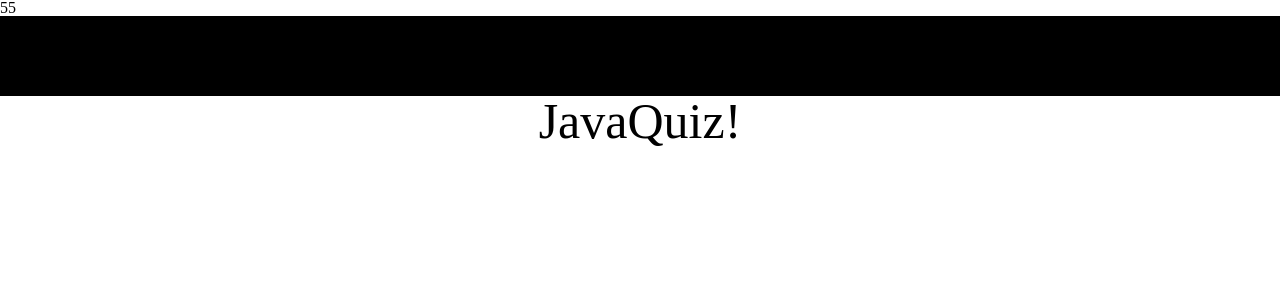
Repository: Pauldan1988/timed-quiz
Page: index.html
The author's editor kept a copy of each file at every save. The page is drawn from the files as they stood at one save, then again after the next save.
The browser window is 1280 px wide. The pictures show the whole page.

Above is the page before, as saved 2023-01-15 12:23:08.

### index.html
<!DOCTYPE html>
<html lang="en">
  <head>
    <meta charset="UTF-8" />
    <meta http-equiv="X-UA-Compatible" content="IE=edge" />
    <meta name="viewport" content="width=device-width, height=device-height, initial-scale=1.0, user-scalable=yes">
    <title>Document</title>
    <link rel="stylesheet" href="./assets/reset.css" />
    <link rel="stylesheet" href="./assets/style.css" />
  </head>
  <body>
    <div id="quizlet"></div>
    <div id="quiz area"><p id="timer"></p> </div>
    <h2></h2>
    <script src="./assets/script.js"></script>
  </body>
</html>

### assets/script.js
const body = document.body;
const headerEl = document.createElement("header");
const h1El = document.createElement("h1");
const paraEl = document.createElement("p");
const startQuizEl = document.createElement("div");
const scoresEl = document.createElement("div");
let time = 60
let timer




body.appendChild(headerEl)
body.appendChild(h1El)





headerEl.setAttribute("style", "margin:auto; background-color: black; width:auto; height: 5rem; display:flex;")
h1El.setAttribute("style", "margin:auto; display:flex; justify-content:center; font-size:50px")

h1El.textContent = "JavaQuiz!"

function header() {

}



function startTimer() {
    timer = setInterval(function(){
        if(time > 0){
            time -=1
            document.querySelector("#timer").innerText = time
        }
    },1000)
}
startTimer()











































// const containerE1 = document.getElementById("quizlet")

// function dashboard() {
//     const dashContainer = document.createElement("div")

//     const dashHeader = document.createElement("header")
//     dashHeader.textContent = "Quizlet"
//     // dashHeader.classList.add("")
//     const logoh1 = document.createElement("h1")
//     logoh1.textContent = "QZ"
//     // logoh1.classList.add("")
//     const dashButton = document.createElement("button")
//     dashButton.textContent = "Scores"
//     dashButton.addEventListener("click", function () {

//     })
//     dashHeader.appendChild(logoh1)
//     dashHeader.appendChild(dashButton)
//     dashContainer.appendChild(dashHeader)
//     return dashContainer
// }

// dashboard()

// function scoreSheet() {
//     const scoreDiv = document.createElement = createElement("div")

//     const scoreHeader = document.createElement = createElement("header")
//     scoreHeader.textContent = "Congratulations! Your score is"
//     // scoreHeader.classList.add("")
//     // const scoreHeader


// }8q

Loaded but not shown: assets/CSS/reset.css (common file); assets/CSS/style.css (no copy from this time; the picture is the same without it)

After the next save:
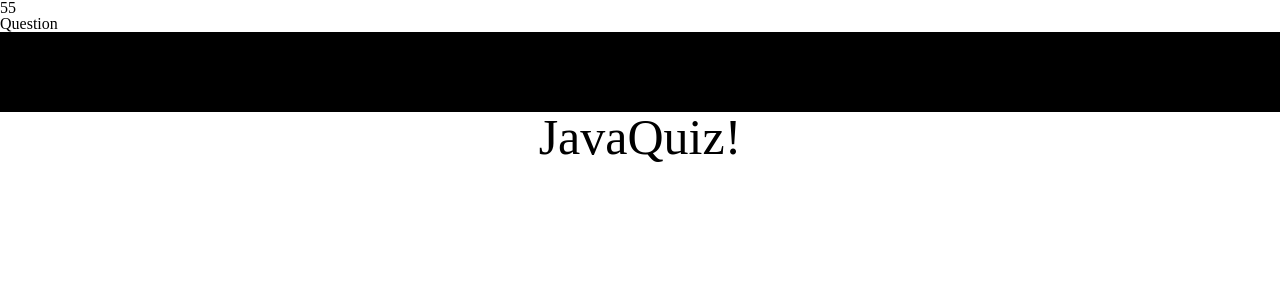
Saved 4 s later.
--- a/index.html
+++ b/index.html
@@ -11,7 +11,7 @@
   <body>
     <div id="quizlet"></div>
     <div id="quiz area"><p id="timer"></p> </div>
-    <h2></h2>
+    <h2>Question</h2>
     <script src="./assets/script.js"></script>
   </body>
 </html>

After the 3 saves that followed:
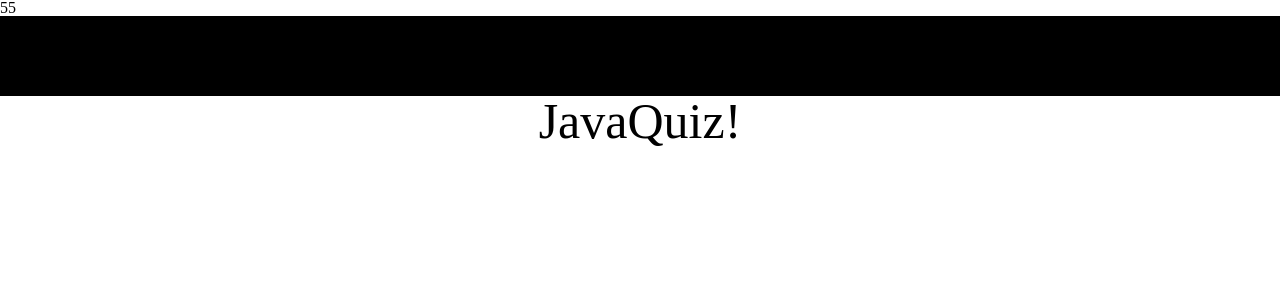
The 3 saves are shown as one change because they came seconds apart.
The last was saved 29 s later.
--- a/index.html
+++ b/index.html
@@ -3,15 +3,20 @@
   <head>
     <meta charset="UTF-8" />
     <meta http-equiv="X-UA-Compatible" content="IE=edge" />
-    <meta name="viewport" content="width=device-width, height=device-height, initial-scale=1.0, user-scalable=yes">
+    <meta
+      name="viewport"
+      content="width=device-width, height=device-height, initial-scale=1.0, user-scalable=yes"
+    />
     <title>Document</title>
     <link rel="stylesheet" href="./assets/reset.css" />
     <link rel="stylesheet" href="./assets/style.css" />
   </head>
   <body>
     <div id="quizlet"></div>
-    <div id="quiz area"><p id="timer"></p> </div>
-    <h2>Question</h2>
+    <div id="quiz area">
+      <p id="timer"></p>
+    </div>
+
     <script src="./assets/script.js"></script>
   </body>
 </html>
